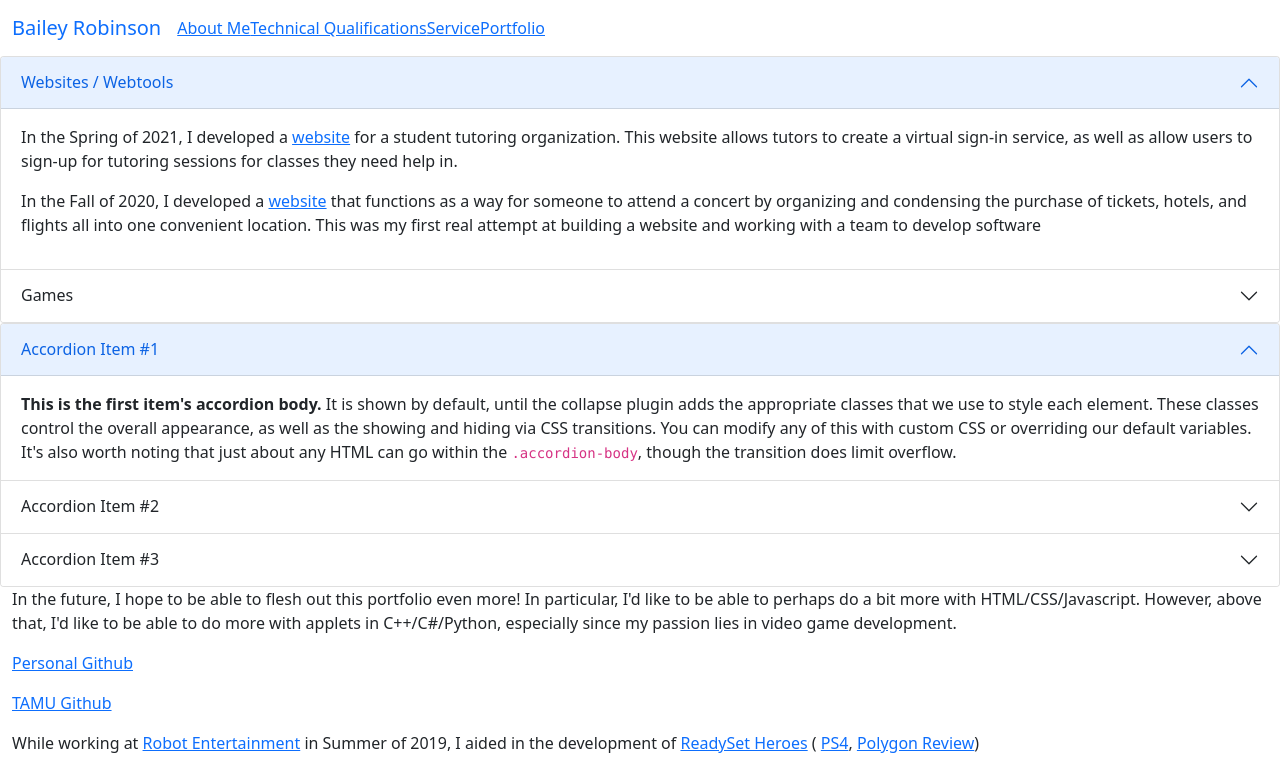
Repository: baileyjrob/personal_website
Page: portfolio.html
These files come from the project's save history. The page is drawn as it stood at one moment and after the next save; the edit follows.
The browser window is 1280 px wide. The pictures show the whole page.

Above is the page before, as saved 2022-04-20 13:23:11.

### portfolio.html
<!DOCTYPE html>
<html lang=en>

<head>
    <title>Bailey Robinson</title>
    <meta charset="utf-8">
    <meta name="viewport" content="width=device-width, initial-scale=1">
    <!-- Latest compiled and minified CSS -->
    <link href="https://cdn.jsdelivr.net/npm/bootstrap@5.0.2/dist/css/bootstrap.min.css" rel="stylesheet"
        integrity="sha384-EVSTQN3/azprG1Anm3QDgpJLIm9Nao0Yz1ztcQTwFspd3yD65VohhpuuCOmLASjC" crossorigin="anonymous">

    <!-- jQuery library -->
    <script src="https://ajax.googleapis.com/ajax/libs/jquery/3.5.1/jquery.min.js"></script>

    <!-- Latest compiled JavaScript -->
    <script src="https://cdn.jsdelivr.net/npm/bootstrap@5.0.2/dist/js/bootstrap.bundle.min.js"
        integrity="sha384-MrcW6ZMFYlzcLA8Nl+NtUVF0sA7MsXsP1UyJoMp4YLEuNSfAP+JcXn/tWtIaxVXM"
        crossorigin="anonymous"></script>
</head>

<body>
    <nav class="navbar navbar-expand-lg">
        <div class="container-fluid">
            <a class="navbar-brand" href="index.html">Bailey Robinson</a>
            <button class="navbar-toggler" type="button" data-bs-toggle="collapse"
                data-bs-target="#navbarSupportedContent" aria-controls="navbarSupportedContent" aria-expanded="false"
                aria-label="Toggle navigation">
                <span class="navbar-toggler-icon"></span>
            </button>
            <div class="collapse navbar-collapse" id="navbarSupportedContent">
                <ul class="navbar-nav me-auto mb-2 mb-lg-0">
                    <li><a href="about.html">About Me</a></li>
                    <li><a href="techqual.html">Technical Qualifications</a></li>
                    <li><a href="service.html">Service</a></li>
                    <li class="active"><a href="portfolio.html">Portfolio</a></li>
                </ul>
            </div>
        </div>
    </nav>
    <div class="accordion" id="accordionFields">
        <div class="accordion-item">
            <h2 class="accordion-header" id="headingWeb">
                <button class="accordion-button" type="button" data-bs-toggle="collapse" data-bs-target="#collapseOne"
                    aria-expanded="true" aria-controls="collapseOne">
                    Websites / Webtools
                </button>
            </h2>
            <div id="collapseOne" class="accordion-collapse collapse show" aria-labelledby="headingWeb"
                data-bs-parent="#accordionExample">
                <div class="accordion-body">
                    <p>In the Spring of 2021, I developed a <a href="https://ortutoring.herokuapp.com/">website</a> for
                        a student
                        tutoring
                        organization. This website allows tutors to create a virtual sign-in service, as well as allow
                        users to sign-up
                        for
                        tutoring sessions for classes they need help in.
                    </p>
                    <p>In the Fall of 2020, I developed a <a href="secret.html">website</a> that functions as a way for
                        someone to
                        attend a concert by organizing and condensing the purchase of tickets, hotels, and flights all
                        into one convenient
                        location. This was my first real attempt at building a website and working with a team to
                        develop software </p>
                </div>
            </div>
        </div>
        <div class="accordion-item">
            <h2 class="accordion-header" id="headingGames">
                <button class="accordion-button collapsed" type="button" data-bs-toggle="collapse"
                    data-bs-target="#collapseTwo" aria-expanded="False" aria-controls="collapseTwo">
                    Games
                </button>
            </h2>
            <div id="collapseTwo" class="accordion-collapse collapse" aria-labelledby="headingGames"
                data-bs-parent="#accordionExample">
                <div class="accordion-body">
                    Placeholder
                </div>
            </div>
        </div>
    </div>
    <div class="accordion" id="accordionExample">
        <div class="accordion-item">
            <h2 class="accordion-header" id="headingOne">
                <button class="accordion-button" type="button" data-bs-toggle="collapse" data-bs-target="#collapseOne"
                    aria-expanded="true" aria-controls="collapseOne">
                    Accordion Item #1
                </button>
            </h2>
            <div id="collapseOne" class="accordion-collapse collapse show" aria-labelledby="headingOne"
                data-bs-parent="#accordionExample">
                <div class="accordion-body">
                    <strong>This is the first item's accordion body.</strong> It is shown by default, until the collapse
                    plugin adds the appropriate classes that we use to style each element. These classes control the
                    overall
                    appearance, as well as the showing and hiding via CSS transitions. You can modify any of this with
                    custom CSS or overriding our default variables. It's also worth noting that just about any HTML can
                    go
                    within the <code>.accordion-body</code>, though the transition does limit overflow.
                </div>
            </div>
        </div>
        <div class="accordion-item">
            <h2 class="accordion-header" id="headingTwo">
                <button class="accordion-button collapsed" type="button" data-bs-toggle="collapse"
                    data-bs-target="#collapseTwo" aria-expanded="false" aria-controls="collapseTwo">
                    Accordion Item #2
                </button>
            </h2>
            <div id="collapseTwo" class="accordion-collapse collapse" aria-labelledby="headingTwo"
                data-bs-parent="#accordionExample">
                <div class="accordion-body">
                    <strong>This is the second item's accordion body.</strong> It is hidden by default, until the
                    collapse
                    plugin adds the appropriate classes that we use to style each element. These classes control the
                    overall
                    appearance, as well as the showing and hiding via CSS transitions. You can modify any of this with
                    custom CSS or overriding our default variables. It's also worth noting that just about any HTML can
                    go
                    within the <code>.accordion-body</code>, though the transition does limit overflow.
                </div>
            </div>
        </div>
        <div class="accordion-item">
            <h2 class="accordion-header" id="headingThree">
                <button class="accordion-button collapsed" type="button" data-bs-toggle="collapse"
                    data-bs-target="#collapseThree" aria-expanded="false" aria-controls="collapseThree">
                    Accordion Item #3
                </button>
            </h2>
            <div id="collapseThree" class="accordion-collapse collapse" aria-labelledby="headingThree"
                data-bs-parent="#accordionExample">
                <div class="accordion-body">
                    <strong>This is the third item's accordion body.</strong> It is hidden by default, until the
                    collapse
                    plugin adds the appropriate classes that we use to style each element. These classes control the
                    overall
                    appearance, as well as the showing and hiding via CSS transitions. You can modify any of this with
                    custom CSS or overriding our default variables. It's also worth noting that just about any HTML can
                    go
                    within the <code>.accordion-body</code>, though the transition does limit overflow.
                </div>
            </div>
        </div>
    </div>
    <div class="container-fluid">
        <p> In the future, I hope to be able to flesh out this portfolio even more! In particular, I'd like to be able
            to
            perhaps do a bit more with HTML/CSS/Javascript. However, above that, I'd like to be able to do more with
            applets
            in
            C++/C#/Python, especially since my passion lies in video game development.</p>
        <p><a href="https://github.com/baileyjrob">Personal Github</a></p>
        <p><a href="https://github.tamu.edu/baileyjrob">TAMU Github</a></p>
        <p>While working at
            <a href="https://robotentertainment.com/">Robot Entertainment</a>
            in Summer of 2019, I aided in the development of
            <a href="https://www.epicgames.com/store/en-US/product/readyset-heroes/home">
                ReadySet Heroes</a> (
            <a href="https://www.playstation.com/en-us/games/readyset-heroes-ps4/">PS4</a>,
            <a
                href="https://www.polygon.com/2019/9/5/20851325/readyset-heroes-preview-release-date-pc-epic-ps4-trailer">
                Polygon Review</a>)
        </p>
    </div>
</body>

</html>

After the next save:
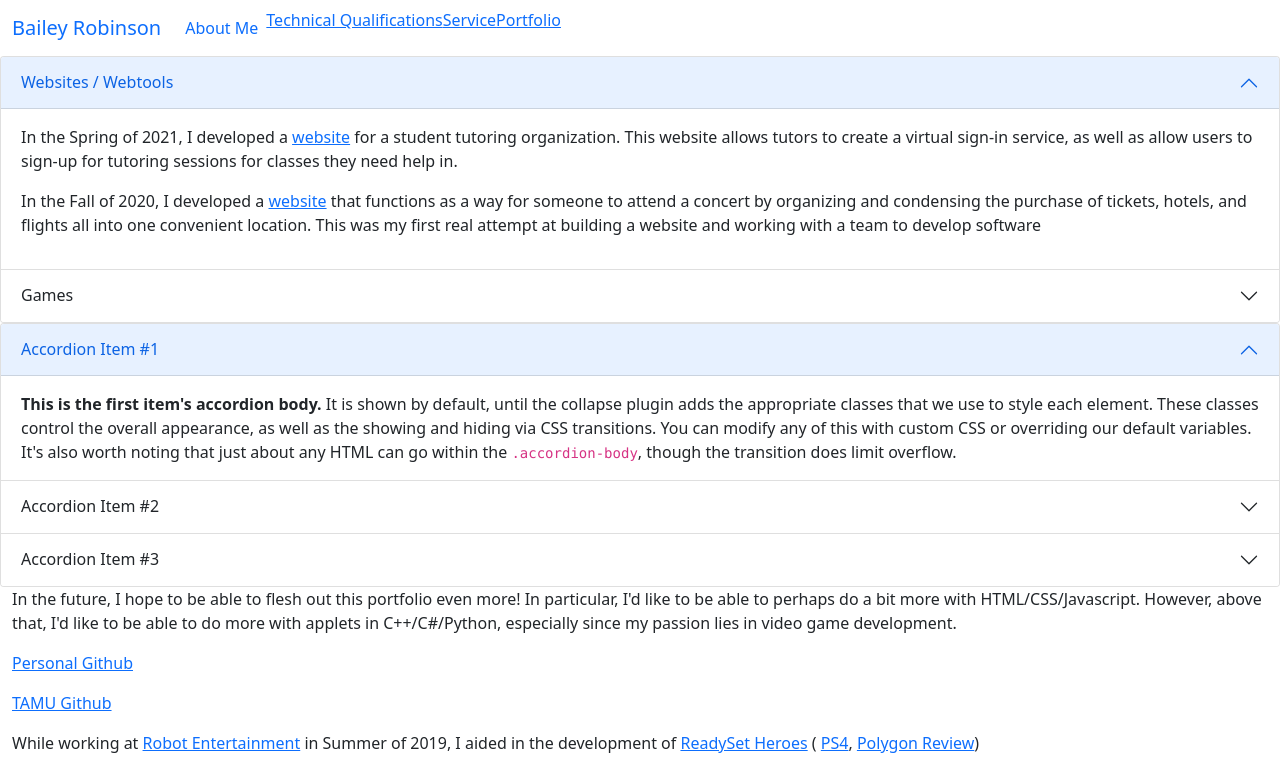
Saved 72 s later.
--- a/portfolio.html
+++ b/portfolio.html
@@ -29,7 +29,7 @@
             </button>
             <div class="collapse navbar-collapse" id="navbarSupportedContent">
                 <ul class="navbar-nav me-auto mb-2 mb-lg-0">
-                    <li><a href="about.html">About Me</a></li>
+                    <li class="nav-item"><a class="nav-link" href="about.html">About Me</a></li>
                     <li><a href="techqual.html">Technical Qualifications</a></li>
                     <li><a href="service.html">Service</a></li>
                     <li class="active"><a href="portfolio.html">Portfolio</a></li>
